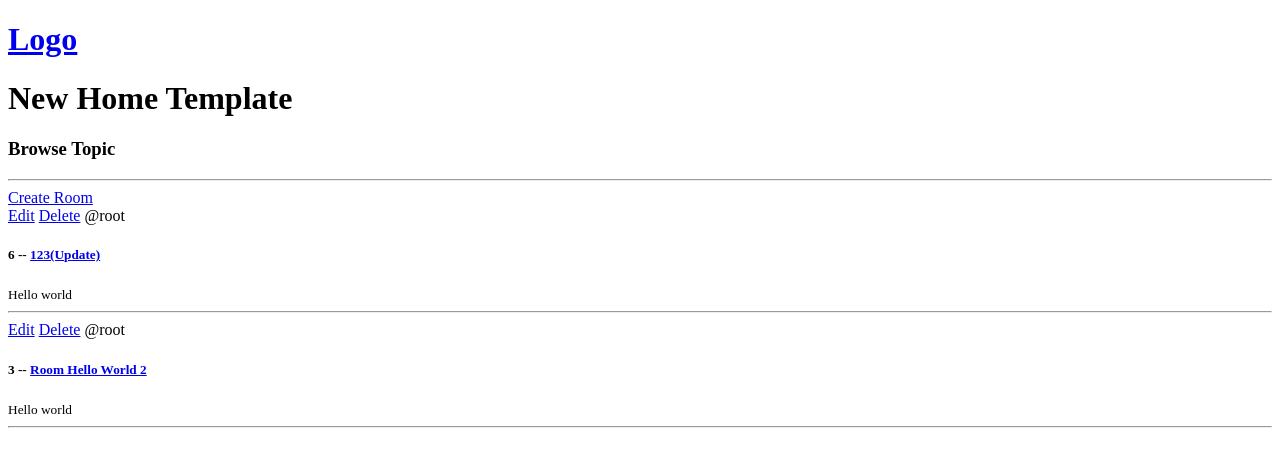
Repository: DZESU/studybug_django
Page: http://localhost/
These files come from the project's save history. The page is drawn as it stood at one moment and after the next save; the edit follows.
The browser window is 1280 px wide. The pictures show the whole page.
The page is served by the project's application, run on Django 4.2 (manage.py). Other server files are loaded and not shown. The page reads the database file committed with the project.

Above is the page before, as saved 2022-08-02 22:25:29.

### base/templates/base/home.html
{% extends 'main.html' %} {% block content %}
<h1>New Home Template</h1>

<div class="home-container">
  <div>
    <h3>Browse Topic</h3>
    <hr>
  </div>

  <div>
    <a href="{% url 'create-room' %}">Create Room</a>

  <div>
    {% for room in rooms %}
    <div>
      <a href="{% url 'update-room' room.id%}">Edit</a>
      <a href="{% url 'delete-room' room.id%}">Delete</a>
      <span>@{{room.host.username}}</span>
      <h5>
        {{room.id}} -- <a href='{% url "room" room.id %}'>{{room.name}}</a>
      </h5>
      <small>{{room.topic.name}}</small>
      <hr>
    </div>
    {% endfor %}
  </div>

  </div>
  </div>
{% endblock content %}

### templates/main.html
<!DOCTYPE html>
<html lang="en">
<head>
    <meta charset="UTF-8">
    <meta http-equiv="X-UA-Compatible" content="IE=edge">
    <meta name="viewport" content="width=device-width, initial-scale=1.0">
    <title>Pory</title>
</head>
<body>
    {% include 'navbar.html' %}
    {% block content %}

    {% endblock %}
</body>

</html>

### templates/navbar.html
<a href="/">
    <h1>
        Logo
    </h1>
</a>

### base/models.py
from pyexpat import model
from django.db import models
from django.contrib.auth.models import User

# Create your models here.


class Topic(models.Model):
    name = models.TextField(max_length=200)

    def __str__(self) -> str:
        return self.name


class Room(models.Model):
    host = models.ForeignKey(User, on_delete=models.SET_NULL, null=True)
    topic = models.ForeignKey(Topic, on_delete=models.SET_NULL, null=True)
    name = models.CharField(max_length=200)
    description = models.TextField(null=True, blank=True)
    # participents =
    updated = models.DateTimeField(auto_now=True)
    created = models.DateTimeField(auto_now_add=True)

    class Meta:
        ordering = ['-updated', '-created']

    def __str__(self) -> str:
        return self.name


class Message(models.Model):
    user = models.ForeignKey(User, on_delete=models.CASCADE)
    room = models.ForeignKey(Room, on_delete=models.CASCADE)
    body = models.TextField()
    updated = models.DateTimeField(auto_now=True)
    created = models.DateTimeField(auto_now_add=True)

    def __str__(self) -> str:
        return self.body[0:50]

### base/views.py
from django.http import HttpResponse
from django.shortcuts import redirect, render
from .models import Room
from .forms import RoomForm

# Create your views here.
# rooms = [
#     {'id': 1, 'name': "Learn Pyhton 1"},
#     {'id': 2, 'name': "Learn Pyhton 2"},
#     {'id': 3, 'name': "Learn Pyhton 3"},
# ]


def home(request):
    rooms = Room.objects.all()
    context = {'rooms': rooms}
    return render(request, 'base/home.html', context)


def room(request, pk):
    room = None
    for i in rooms:
        if i['id'] == int(pk):
            room = i
    context = {"room": room}
    return render(request, 'room.html', context)


def createRoom(request):
    form = RoomForm()
    if request.method == 'POST':
        form = RoomForm(request.POST)
        if form.is_valid:
            form.save()
            return redirect('home')
    context = {'form': form}
    return render(request, 'base/room_form.html', context)


def updateRoom(request, pk):
    room = Room.objects.get(id=pk)
    form = RoomForm(instance=room)
    if request.method == 'POST':
        form = RoomForm(request.POST, instance=room)
        if form.is_valid:
            form.save()
            return redirect('home')
    context = {'form': form}
    return render(request, 'base/room_form.html', context)

def deleteRoom(request, pk):
    room = Room.objects.get(id=pk)
    if request.method == 'POST':
        room.delete()
        return redirect('home')
    return render(request, 'base/delete.html', {'obj': room})

### studybud/urls.py
"""studybud URL Configuration

The `urlpatterns` list routes URLs to views. For more information please see:
    https://docs.djangoproject.com/en/4.0/topics/http/urls/
Examples:
Function views
    1. Add an import:  from my_app import views
    2. Add a URL to urlpatterns:  path('', views.home, name='home')
Class-based views
    1. Add an import:  from other_app.views import Home
    2. Add a URL to urlpatterns:  path('', Home.as_view(), name='home')
Including another URLconf
    1. Import the include() function: from django.urls import include, path
    2. Add a URL to urlpatterns:  path('blog/', include('blog.urls'))
"""
from django.contrib import admin
from django.http import HttpResponse
from django.urls import path, include


urlpatterns = [
    path('admin/', admin.site.urls),
    path('', include('base.urls'))

]

### base/urls.py

from django.urls import path
from . import views


urlpatterns = [
    path('', views.home, name='home'),
    path('room/<str:pk>/', views.room, name='room'),
    path('create-room/', views.createRoom, name='create-room'),
    path('update-room/<str:pk>/', views.updateRoom, name='update-room'),
    path('delete-room/<str:pk>/', views.deleteRoom, name='delete-room'),
]

### db.sqlite3 (the tables this page reads, as SQL)
CREATE TABLE "auth_user" ("id" integer NOT NULL PRIMARY KEY AUTOINCREMENT, "password" varchar(128) NOT NULL, "last_login" datetime NULL, "is_superuser" bool NOT NULL, "username" varchar(150) NOT NULL UNIQUE, "last_name" varchar(150) NOT NULL, "email" varchar(254) NOT NULL, "is_staff" bool NOT NULL, "is_active" bool NOT NULL, "date_joined" datetime NOT NULL, "first_name" varchar(150) NOT NULL);
INSERT INTO "auth_user" VALUES
(1, 'pbkdf2_sha256$320000$UrW1pq03xRyNQyrafn6517$P1zXKqc2rbYuAbbZQF6K2nNt7FzLmm3nQD8cYA/meyY=', '2022-08-01 15:19:26.438615', 1, 'root', '', 'root@email.com', 1, 1, '2022-08-01 15:19:20.515408', '');

CREATE TABLE "base_room" ("id" integer NOT NULL PRIMARY KEY AUTOINCREMENT, "name" varchar(200) NOT NULL, "description" text NULL, "updated" datetime NOT NULL, "created" datetime NOT NULL, "host_id" integer NULL REFERENCES "auth_user" ("id") DEFERRABLE INITIALLY DEFERRED, "topic_id" bigint NULL REFERENCES "base_topic" ("id") DEFERRABLE INITIALLY DEFERRED);
INSERT INTO "base_room" VALUES
(3, 'Room Hello World 2', '', '2022-08-01 15:38:10.107798', '2022-08-01 15:38:10.107798', 1, 1),
(6, '123(Update)', '123', '2022-08-02 15:10:48.607938', '2022-08-02 14:54:10.459101', 1, 1);

CREATE TABLE "base_topic" ("id" integer NOT NULL PRIMARY KEY AUTOINCREMENT, "name" text NOT NULL);
INSERT INTO "base_topic" VALUES
(1, 'Hello world'),
(2, 'Hello world 2');

After the next save:
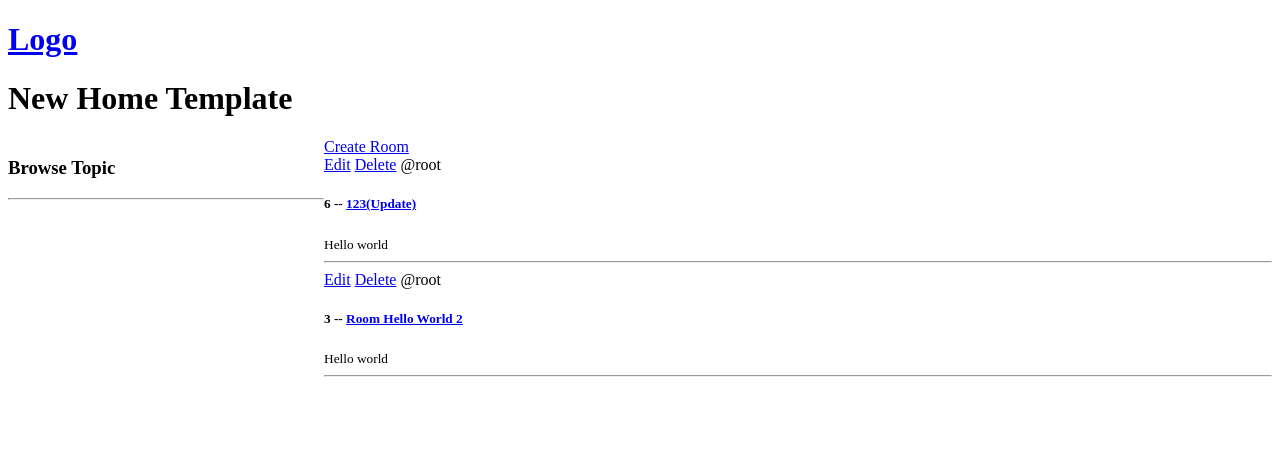
Saved 85 s later.
--- a/base/templates/base/home.html
+++ b/base/templates/base/home.html
@@ -1,4 +1,11 @@
 {% extends 'main.html' %} {% block content %}
+
+<style>
+    .home-container{
+        display: grid;
+        grid-template-columns: 1fr 3fr;
+    }
+</style>
 <h1>New Home Template</h1>
 
 <div class="home-container">
